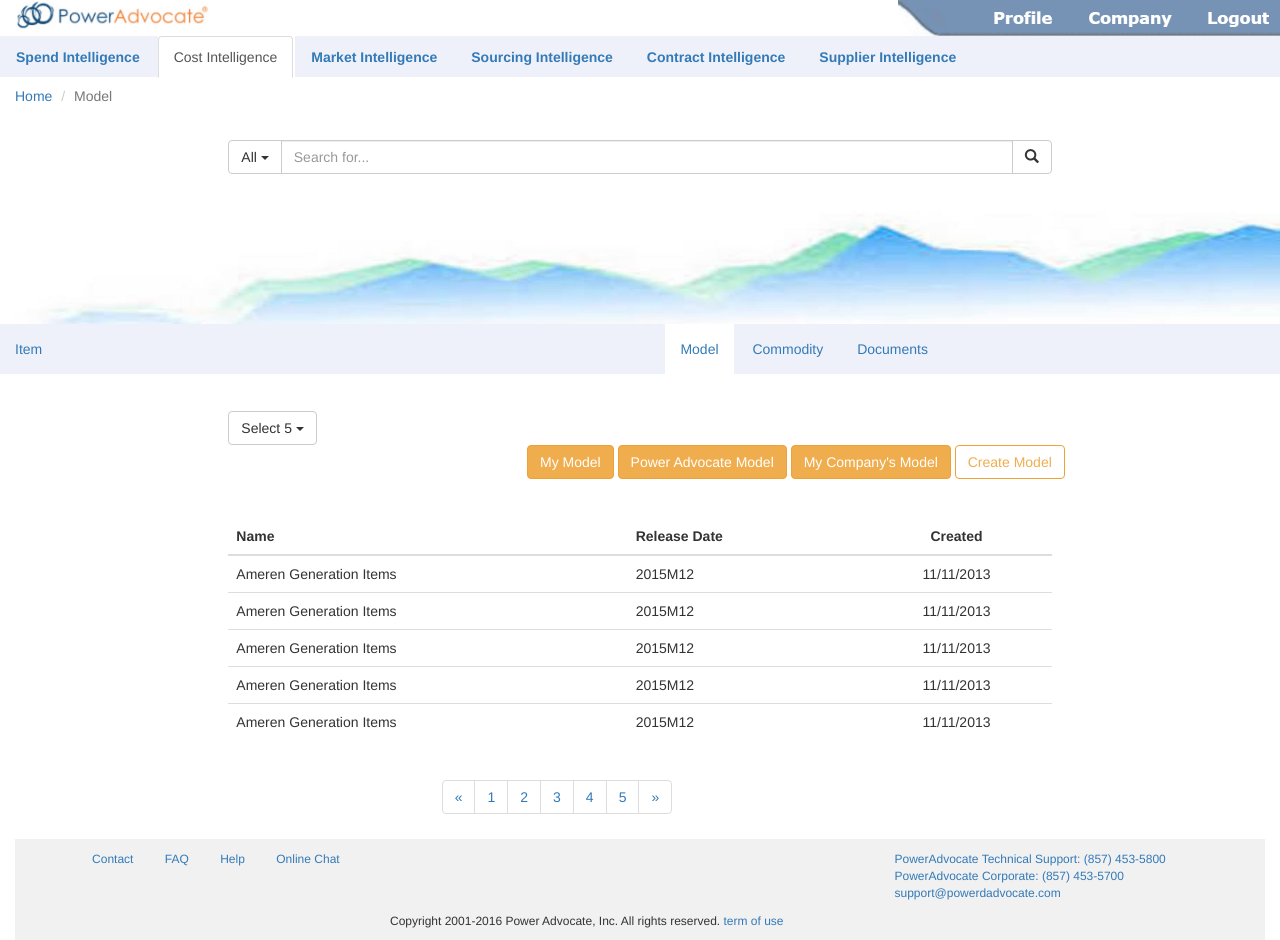
Repository: SamiraMansouri/PowerAdvocate-CostIntelligence-Application-new-Design-using-UserExperience-Method-
Page: http://localhost/PowerAdvocate/WEB-INF/views/home.jsp
These files come from the project's save history. The page is drawn as it stood at one moment and after the next save; the edit follows.
The browser window is 1280 px wide. The pictures show the whole page.
The page is served by Tomcat 9. Nobody is signed in. The template is opened directly, without the code that normally fills it, so the values that code supplies are empty.

Above is the page before, as saved 2016-04-25 01:26:41.

After the next save:
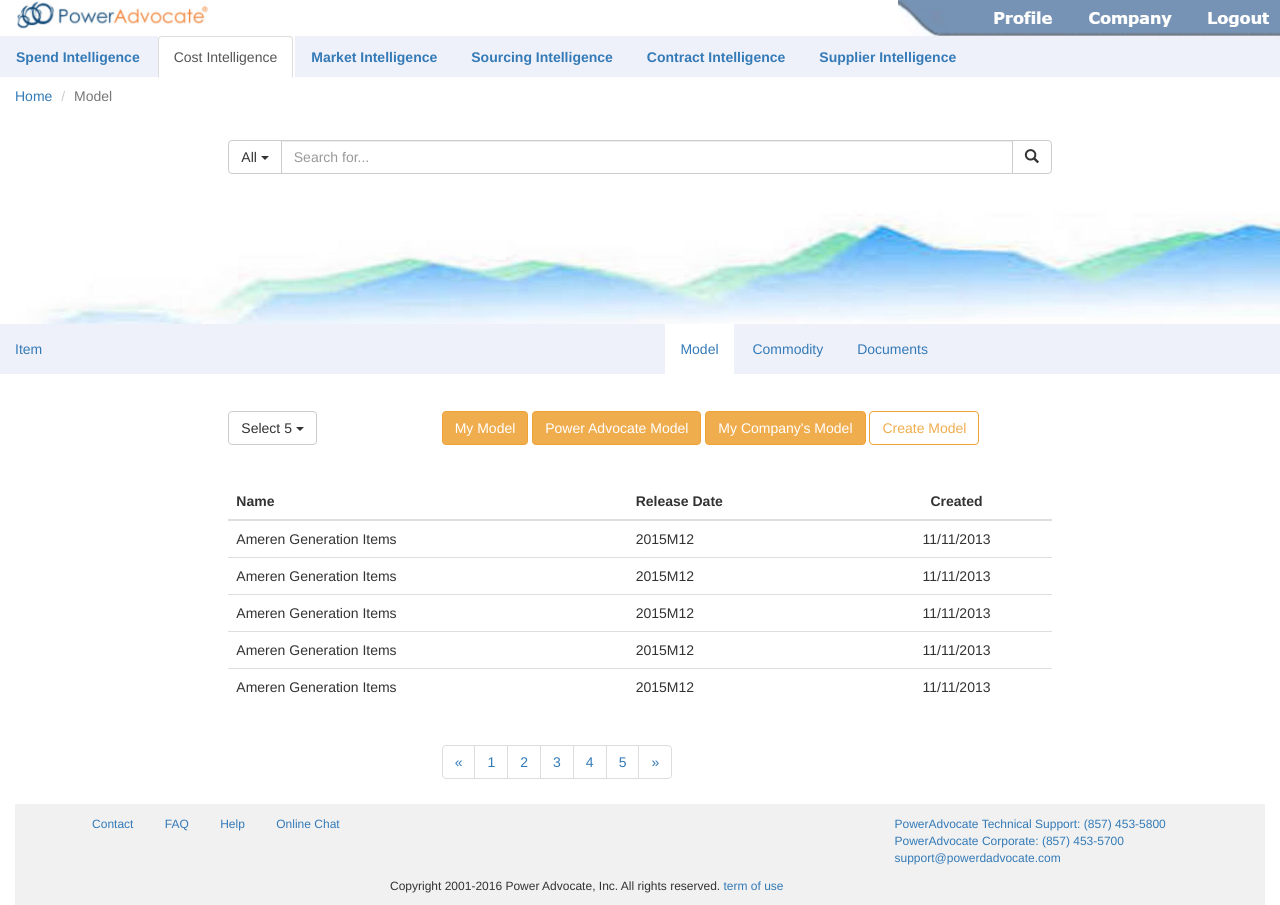
Saved 15 s later.
--- a/PowerAdvocate-Prototype/PowerAdvocate/src/main/webapp/WEB-INF/views/home.jsp
+++ b/PowerAdvocate-Prototype/PowerAdvocate/src/main/webapp/WEB-INF/views/home.jsp
@@ -233,7 +233,7 @@
 					</ul>
 				</div>
 			</div>
-			<div class="col-md-6 " style="margin-left:40%;">
+			<div class="col-md-6 ">
 				<button type="Button" class="btn btn-warning">My Model</button>
 				<button type="Button" class="btn btn-warning">Power
 					Advocate Model</button>
